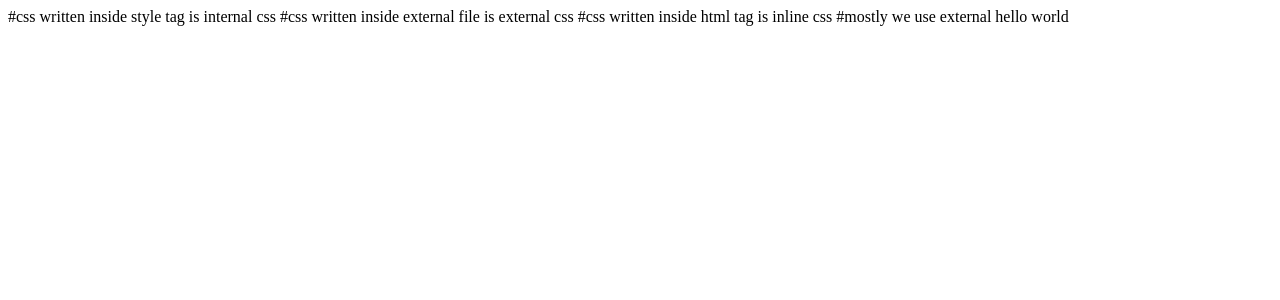
Repository: pavitrapai10/MERN-Stack
Page: html_css/index.html
The author's editor kept a copy of each file at every save. The page is drawn from the files as they stood at one save, then again after the next save.
The browser window is 1280 px wide. The pictures show the whole page.

Above is the page before, as saved 2024-07-03 18:24:05.

### html_css/index.html
#css written inside style tag is internal css
#css written inside external file is external css
#css written inside html tag is inline css
#mostly we use external
<!DOCTYPE html>
<html lang="en">
<head>
    <meta charset="UTF-8">
    <meta name="viewport" content="width=device-width, initial-scale=1.0">
    <title>Document</title>
</head>
<body>
    hello world
</body>
</html>

After the next save:
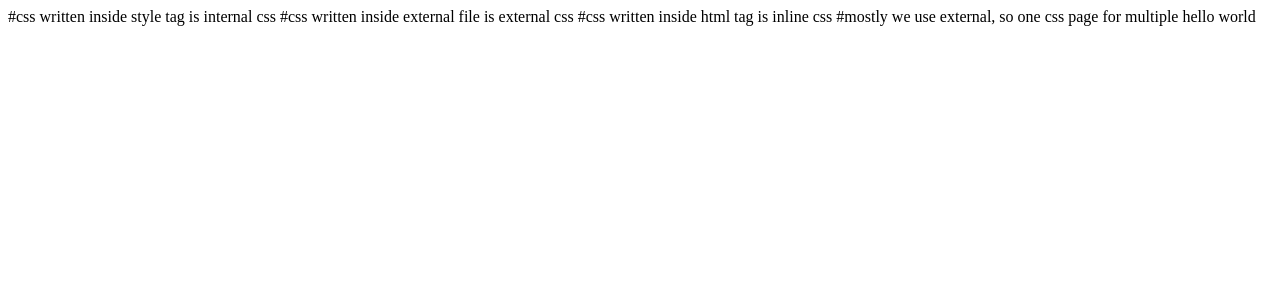
Saved 10 s later.
--- a/html_css/index.html
+++ b/html_css/index.html
@@ -1,7 +1,7 @@
 #css written inside style tag is internal css
 #css written inside external file is external css
 #css written inside html tag is inline css
-#mostly we use external
+#mostly we use external, so one css page for multiple
 <!DOCTYPE html>
 <html lang="en">
 <head>
